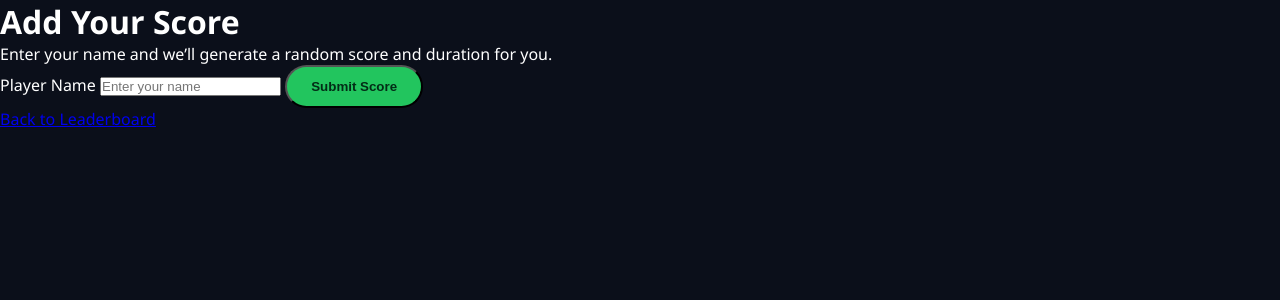
Repository: rawanwehbe6/solitaire-webapp
Page: solitaire-frontend/add-score.html
These files come from the project's save history. The page is drawn as it stood at one moment and after a run of saves; the edit follows.
The browser window is 1280 px wide. The pictures show the whole page.

Above is the page before, as saved 2025-11-05 21:39:08.

After the next 2 saves:
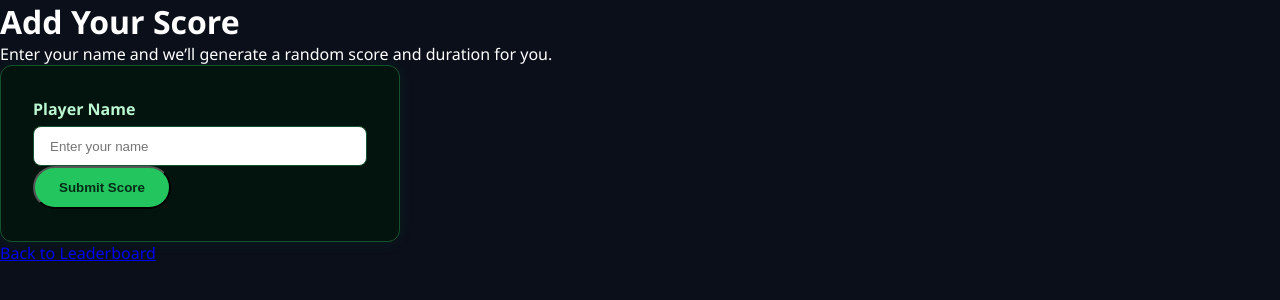
The 2 saves are shown as one change because they came seconds apart.
The last was saved 49 s later.
--- a/solitaire-frontend/style.css
+++ b/solitaire-frontend/style.css
@@ -277,3 +277,54 @@
   opacity: 0.9;
   letter-spacing: 0.5px;
 }
+/* ---------- Add Score Page ---------- */
+.add-score-page {
+  min-height: 100vh;
+  background: linear-gradient(180deg, #021f14 0%, #052e1e 100%);
+  display: flex;
+  flex-direction: column;
+  align-items: center;
+  justify-content: center;
+  padding: 2rem 1rem;
+  color: #e8f5e9;
+}
+
+.add-score-page h1 {
+  font-size: 2.2rem;
+  margin-bottom: 0.5rem;
+  color: #bbf7d0;
+  text-align: center;
+}
+
+.add-score-page p {
+  font-size: 1.05rem;
+  color: #c8e6c9;
+  text-align: center;
+  margin-bottom: 1.5rem;
+  max-width: 500px;
+  line-height: 1.6;
+}
+
+#add-score-form {
+  background: rgba(3, 22, 14, 0.9);
+  padding: 2rem;
+  border-radius: 12px;
+  border: 1px solid #14532d;
+  box-shadow: 0 0 15px rgba(22, 163, 74, 0.1);
+  max-width: 400px;
+  width: 100%;
+  text-align: left;
+}
+
+#add-score-form label {
+  display: block;
+  font-weight: 600;
+  color: #bbf7d0;
+  margin-bottom: 0.4rem;
+}
+
+#add-score-form input[type="text"] {
+  width: 100%;
+  padding: 0.7rem 1rem;
+  border-radius: 8px;
+  border: 1px solid #14532d;
